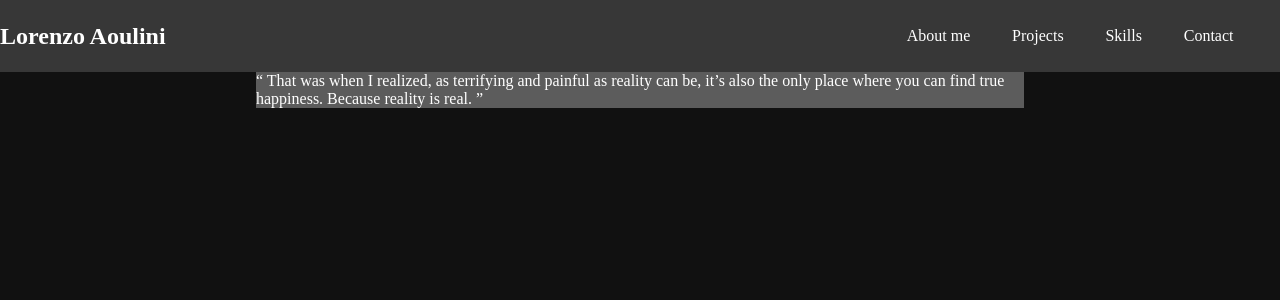
Repository: lolo298/lolo298.github.io
Page: index.html
The author's editor kept a copy of each file at every save. The page is drawn from the files as they stood at one save, then again after the next save.
The browser window is 1280 px wide. The pictures show the whole page.

Above is the page before, as saved 2022-05-10 13:21:06.

After the next save:
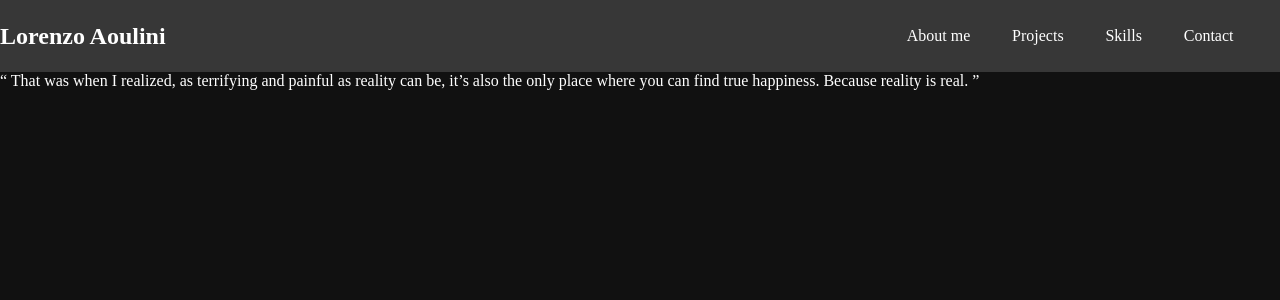
Saved 69 s later.
--- a/css/style.css
+++ b/css/style.css
@@ -1,4 +1,4 @@
-html {
+    html {
     background-color: #111111;
 }
 
@@ -65,15 +65,17 @@ body {
 }
 
 
-/* styling of quote */
+/* styling of landing page */
 
-.quote-container {
-    width: 60%;
-    height: 40%;
-    margin: 0 auto;
-    display: flex;
-    justify-content: center;
-    align-items: center;
-    flex-direction: column;
-    background-color: rgba(196, 196, 196, 0.42);
-}
+.landing-page {
+    /* styling of quote */
+    .quote-container {
+        width: 60%;
+        height: 40%;
+        margin: 0 auto;
+        display: flex;
+        justify-content: center;
+        align-items: center;
+        flex-direction: column;
+        background-color: rgba(196, 196, 196, 0.42);
+    }
